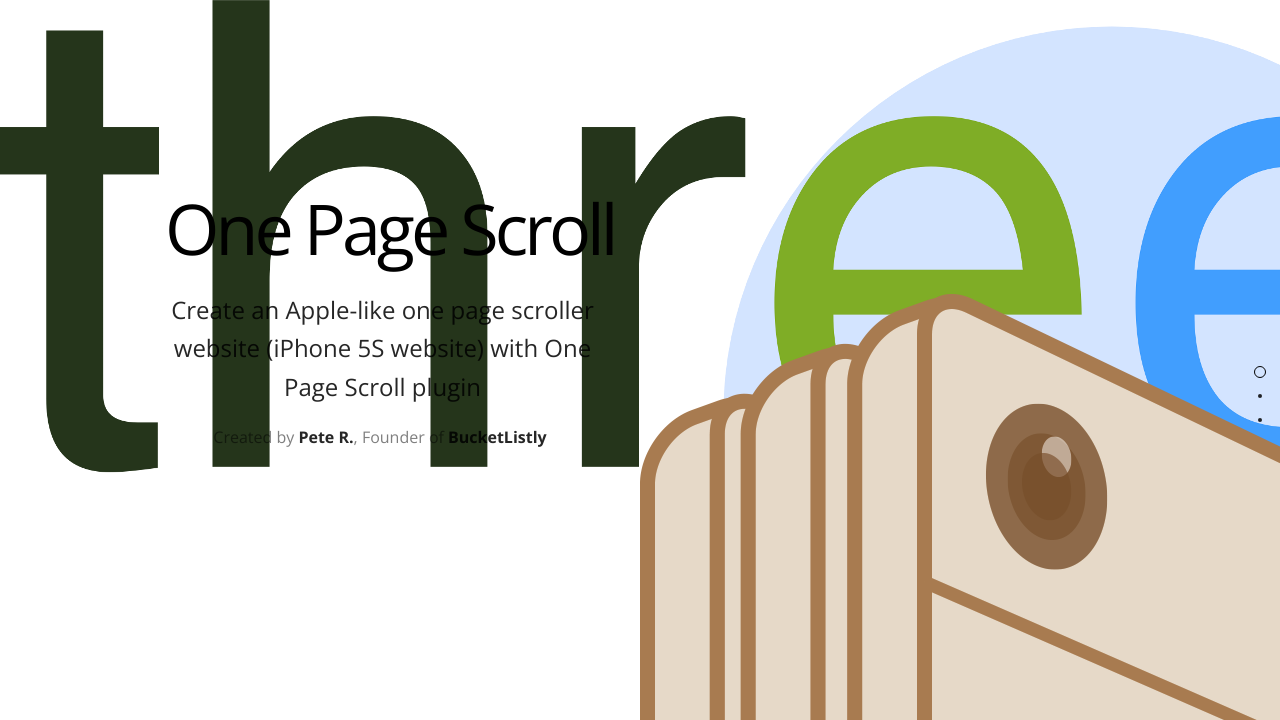
Repository: cdschofield/cdschofield.github.io
Page: index.html
The author's editor kept a record of every edit. The page is drawn from the files as they stood at one moment, then again after the next edit.
The browser window is 1280 px wide. The pictures show the whole page.
Some web libraries are served in a nearby version.

Above is the page before.

After the next edit:
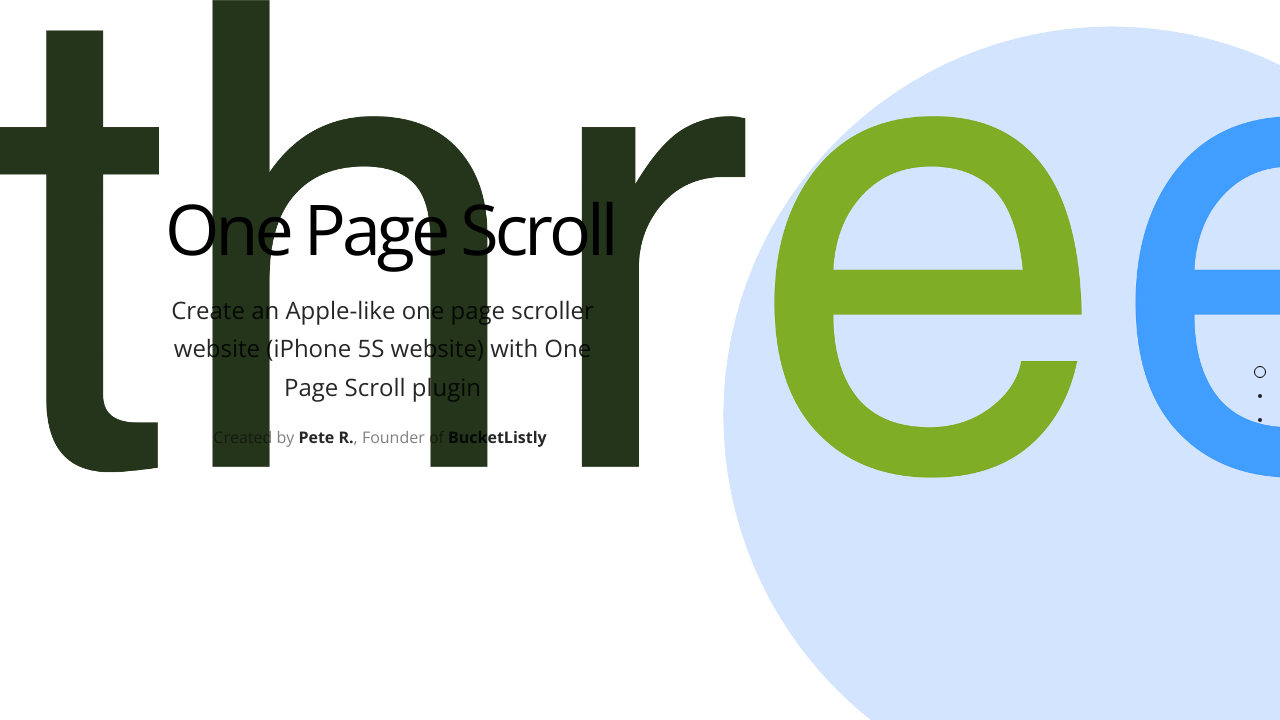
The edit:
--- a/index.html
+++ b/index.html
@@ -362,7 +362,6 @@
           <h2>Create an Apple-like one page scroller website (iPhone 5S website) with One Page Scroll plugin</h2>
           <p class="credit">Created by <a href="http://www.thepetedesign.com">Pete R.</a>, Founder of <a href="http://www.bucketlistly.com" target="_blank">BucketListly</a></p>
   	    </div>
-  	    <img src="phones.png" alt="phones">
       </section>
 
 	    <section class="page2">
